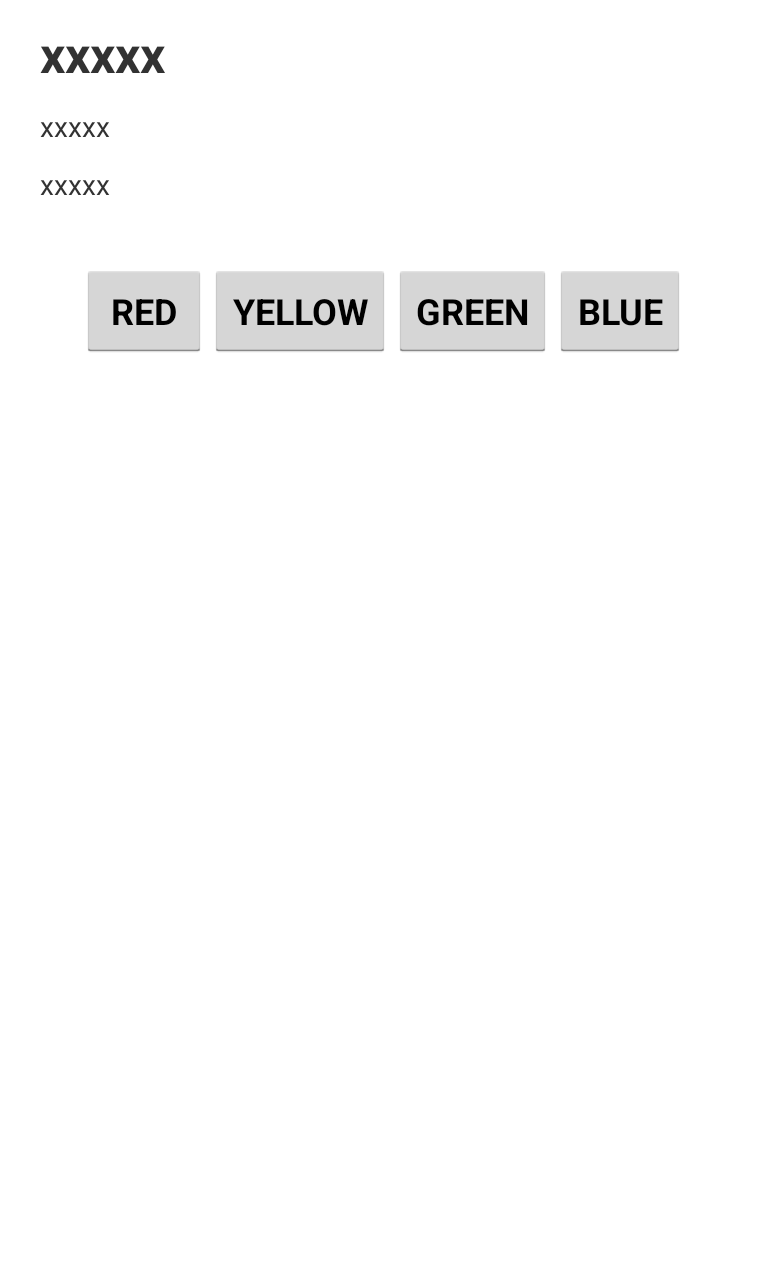
Repository: SettawutSomboon/SouthNationalPark
Layout: SouthNationalParkTravel/SouthNationalPark/res/layout/test.xml
These files come from the project's save history. The layout is drawn as it stood at one moment and after the next save; the edit follows.
It is drawn on a 768 x 1280 px phone screen (xhdpi) without system bars, with theme AppTheme; the app's code is not run.

Above is the layout before, as saved 2015-02-27 12:07:15.

### SouthNationalParkTravel/SouthNationalPark/res/layout/test.xml
<?xml version="1.0" encoding="utf-8"?>
<LinearLayout xmlns:android="http://schemas.android.com/apk/res/android"
    android:layout_width="match_parent"
    android:layout_height="wrap_content"
    android:orientation="vertical" >

    <ScrollView
        android:id="@+id/sv_step1_purchase"
        android:layout_width="match_parent"
        android:layout_height="wrap_content"
        android:layout_marginBottom="10dp"
        android:fillViewport="true"
        android:paddingBottom="10dp"
        android:paddingLeft="10dp"
        android:paddingRight="10dp" >

        <LinearLayout
            android:id="@+id/rl_easyfund_step1_purchase_wrap_content"
            android:layout_width="match_parent"
            android:layout_height="wrap_content"
            android:layout_marginTop="10dp"
            android:orientation="vertical"
            android:paddingBottom="10dp"
            android:paddingLeft="10dp"
            android:paddingRight="10dp" >

            <TextView
                android:id="@+id/txt_parkname"
                android:layout_width="match_parent"
                android:layout_height="wrap_content"
                android:textSize="25dp"
                android:textStyle="bold"
                android:text="xxxxx" />

            <TextView
                android:id="@+id/txt_general"
                android:layout_width="match_parent"
                android:layout_height="wrap_content"
                android:layout_marginTop="10dp"
                android:text="xxxxx" />

            <TextView
                android:id="@+id/txt_topography"
                android:layout_width="match_parent"
                android:layout_height="wrap_content"
                android:layout_marginTop="10dp"
                android:text="xxxxx" />
        </LinearLayout>
    </ScrollView>

    <LinearLayout
        android:layout_width="match_parent"
        android:layout_height="wrap_content"
        android:gravity="bottom"
        android:orientation="vertical" >

        <RelativeLayout
            android:id="@+id/rl_easyfund_step1_purchase_next"
            android:layout_width="match_parent"
            android:layout_height="wrap_content" >

            <LinearLayout
                android:layout_width="match_parent"
                android:layout_height="wrap_content"
                android:background="#ffffff"
                android:gravity="center"
                android:orientation="horizontal" >

                <Button
                    android:id="@+id/red__bt_id"
                    android:layout_width="wrap_content"
                    android:layout_height="wrap_content"
                    android:text="RED"
                    android:textStyle="bold" />

                <Button
                    android:id="@+id/yellow_bt_id"
                    android:layout_width="wrap_content"
                    android:layout_height="wrap_content"
                    android:text="YELLOW"
                    android:textStyle="bold" />

                <Button
                    android:id="@+id/green_bt_id"
                    android:layout_width="wrap_content"
                    android:layout_height="wrap_content"
                    android:text="GREEN"
                    android:textStyle="bold" />

                <Button
                    android:id="@+id/blue_bt_id"
                    android:layout_width="wrap_content"
                    android:layout_height="wrap_content"
                    android:text="BLUE"
                    android:textStyle="bold" />
            </LinearLayout>
        </RelativeLayout>
    </LinearLayout>

</LinearLayout>

Loaded but not shown: SouthNationalParkTravel/SouthNationalPark/res/values/styles.xml (common file); SouthNationalParkTravel/SouthNationalPark/res/values-v11/styles.xml (common file); SouthNationalParkTravel/SouthNationalPark/res/values-v14/styles.xml (common file)

After the next save:
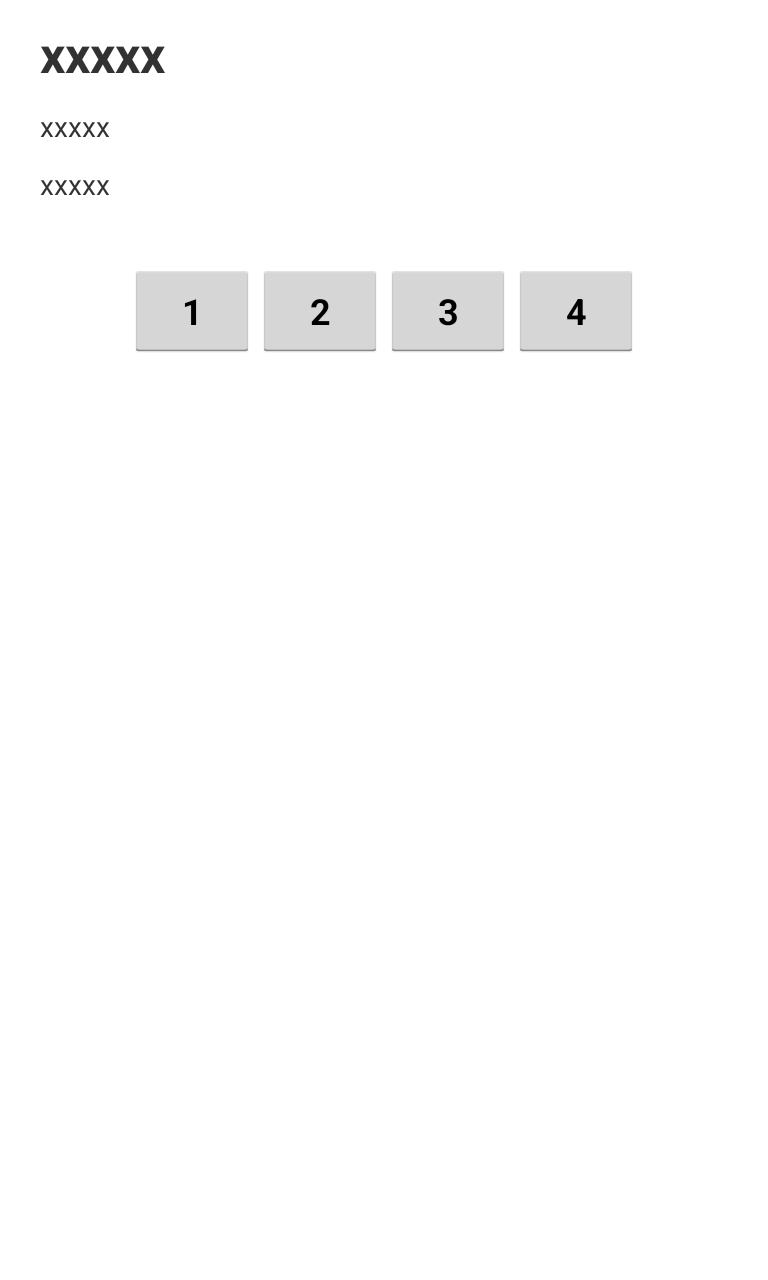
Saved 4 min 6 s later.
--- a/SouthNationalParkTravel/SouthNationalPark/res/layout/test.xml
+++ b/SouthNationalParkTravel/SouthNationalPark/res/layout/test.xml
@@ -70,28 +70,28 @@
                     android:id="@+id/red__bt_id"
                     android:layout_width="wrap_content"
                     android:layout_height="wrap_content"
-                    android:text="RED"
+                    android:text="1"
                     android:textStyle="bold" />
 
                 <Button
                     android:id="@+id/yellow_bt_id"
                     android:layout_width="wrap_content"
                     android:layout_height="wrap_content"
-                    android:text="YELLOW"
+                    android:text="2"
                     android:textStyle="bold" />
 
                 <Button
                     android:id="@+id/green_bt_id"
                     android:layout_width="wrap_content"
                     android:layout_height="wrap_content"
-                    android:text="GREEN"
+                    android:text="3"
                     android:textStyle="bold" />
 
                 <Button
                     android:id="@+id/blue_bt_id"
                     android:layout_width="wrap_content"
                     android:layout_height="wrap_content"
-                    android:text="BLUE"
+                    android:text="4"
                     android:textStyle="bold" />
             </LinearLayout>
         </RelativeLayout>
